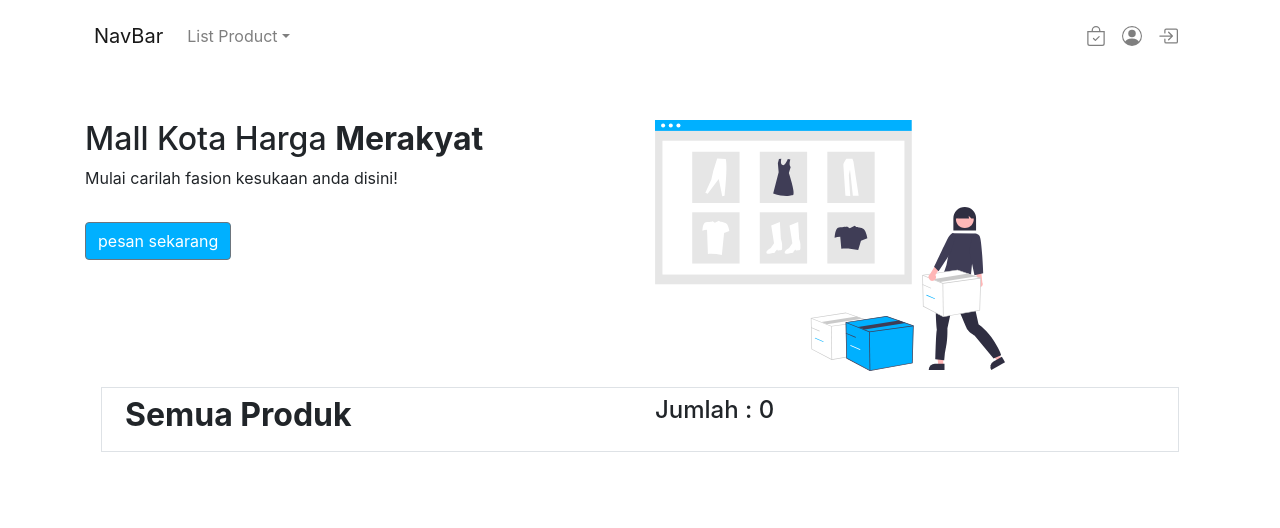
Repository: AHSANS354/ecommerce-catalog
Page: /
These files come from the project's save history. The page is drawn as it stood at one moment and after the next save; the edit follows.
The browser window is 1280 px wide. The pictures show the whole page.
The page's requests for data from a server got no answer. The project was rebuilt for these pictures with package versions that can differ from the ones it lists, and the page was loaded fresh each time. No one was signed in, and anything a server would have sent is missing. Also part of the build but not shown: vue.config.js, src/components/CardProduct.vue.

Above is the page before, as saved 2023-03-01 22:39:58.

### src/main.js
import Vue from "vue";
import App from "./App.vue";
import router from "./router";
import { BootstrapVue, IconsPlugin } from "bootstrap-vue";
// Import Bootstrap and BootstrapVue CSS files (order is important)
import "bootstrap/dist/css/bootstrap.css";
import "bootstrap-vue/dist/bootstrap-vue.css";
import "./assets/style/main.css";

// Make BootstrapVue available throughout your project
Vue.use(BootstrapVue);
// Optionally install the BootstrapVue icon components plugin
Vue.use(IconsPlugin);

Vue.config.productionTip = false;

new Vue({
  router,
  render: (h) => h(App),
}).$mount("#app");

### src/App.vue
<template>
  <div id="app">
    <router-view />
  </div>
</template>

### src/assets/style/main.css
.btn.btn-secondary {
  background-color: #00b0ff !important;
}

.card-img-top {
  height: 18rem;
}

.card {
  padding: 2rem;
}

.deskripsi {
  display: -webkit-box;
  -webkit-line-clamp: 3;
  -webkit-box-orient: vertical;
  overflow: hidden;
  text-overflow: ellipsis;
}

.title {
  display: -webkit-box;
  -webkit-line-clamp: 2;
  -webkit-box-orient: vertical;
  overflow: hidden;
  text-overflow: ellipsis;
}

### src/views/HomeView.vue
<template>
  <div class="home">
    <navbar-view />
    <div class="container mt-5">
      <div class="row">
        <div class="col-md-6">
          <h2>Mall Kota Harga <strong>Merakyat</strong></h2>
          <p>Mulai carilah fasion kesukaan anda disini!</p>

          <b-button class="mt-3"> pesan sekarang </b-button>
        </div>
        <div class="col-md-6">
          <img
            src="../assets/images/undraw_web_shopping_re_owap.svg"
            alt="foto"
            width="350"
          />
        </div>
      </div>

      <div class="row border m-3 p-2">
        <div class="col">
          <h2><strong>Semua Produk</strong></h2>
        </div>
        <div class="col text-end">
          <h4>
            Jumlah :
            {{ products.length }}
          </h4>
        </div>
      </div>

      <div class="row">
        <div class="col-md-4" v-for="product in products" :key="product.id">
          <card-product :product="product" />
        </div>
      </div>
    </div>
  </div>
</template>

<script>
import NavbarView from "@/components/NavbarView.vue";
import CardProduct from "@/components/CardProduct.vue";
import axios from "axios";
// @ is an alias to /src

export default {
  name: "HomeView",
  components: {
    NavbarView,
    CardProduct,
  },
  data() {
    return {
      products: [],
    };
  },
  methods: {
    setProduct(data) {
      this.products = data;
    },
  },
  mounted() {
    axios
      .get("https://fakestoreapi.com/products")
      .then((response) => this.setProduct(response.data))
      .catch((error) => console.log(error));
  },
};
</script>

### src/components/NavbarView.vue
<template>
  <div class="container p-2">
    <b-navbar toggleable="lg" type="light">
      <router-link class="navbar-brand" to="/">NavBar</router-link>

      <b-navbar-toggle target="nav-collapse"></b-navbar-toggle>

      <b-collapse id="nav-collapse" is-nav>
        <b-navbar-nav>
          <b-nav-item-dropdown text="List Product" right>
            <router-link class="dropdown-item" to="/">EN</router-link>
            <router-link class="dropdown-item" to="/">ES</router-link>
            <router-link class="dropdown-item" to="/">RU</router-link>
            <router-link class="dropdown-item" to="/">FA</router-link>
          </b-nav-item-dropdown>
        </b-navbar-nav>

        <!-- Right aligned nav items -->
        <b-navbar-nav class="ml-auto">
          <router-link to="/"
            ><b-nav-item><b-icon-bag-check></b-icon-bag-check></b-nav-item
          ></router-link>
          <router-link to="/"
            ><b-nav-item
              ><b-icon-person-circle></b-icon-person-circle></b-nav-item
          ></router-link>
          <router-link to="/"
            ><b-nav-item
              ><b-icon-box-arrow-in-right></b-icon-box-arrow-in-right></b-nav-item
          ></router-link>
        </b-navbar-nav>
      </b-collapse>
    </b-navbar>
  </div>
</template>

<script>
export default {
  name: "NavbarView",
};
</script>

<style>
</style>

Loaded but not shown: public/index.html (common file); src/router/index.js (common file)

After the next save:
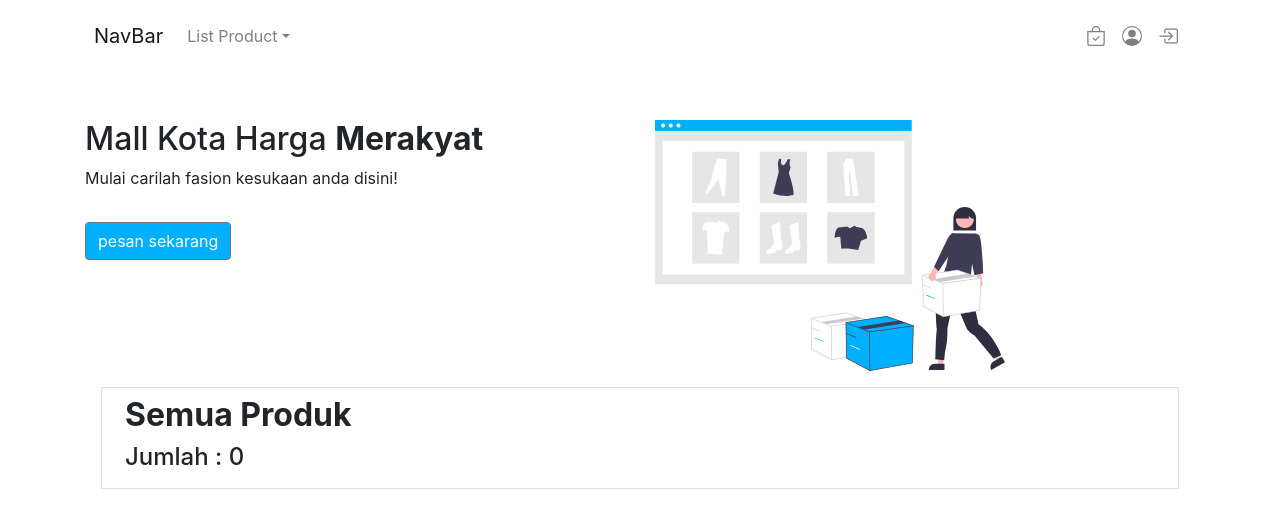
Saved 78 s later.
--- a/src/views/HomeView.vue
+++ b/src/views/HomeView.vue
@@ -21,8 +21,6 @@
       <div class="row border m-3 p-2">
         <div class="col">
           <h2><strong>Semua Produk</strong></h2>
-        </div>
-        <div class="col text-end">
           <h4>
             Jumlah :
             {{ products.length }}
